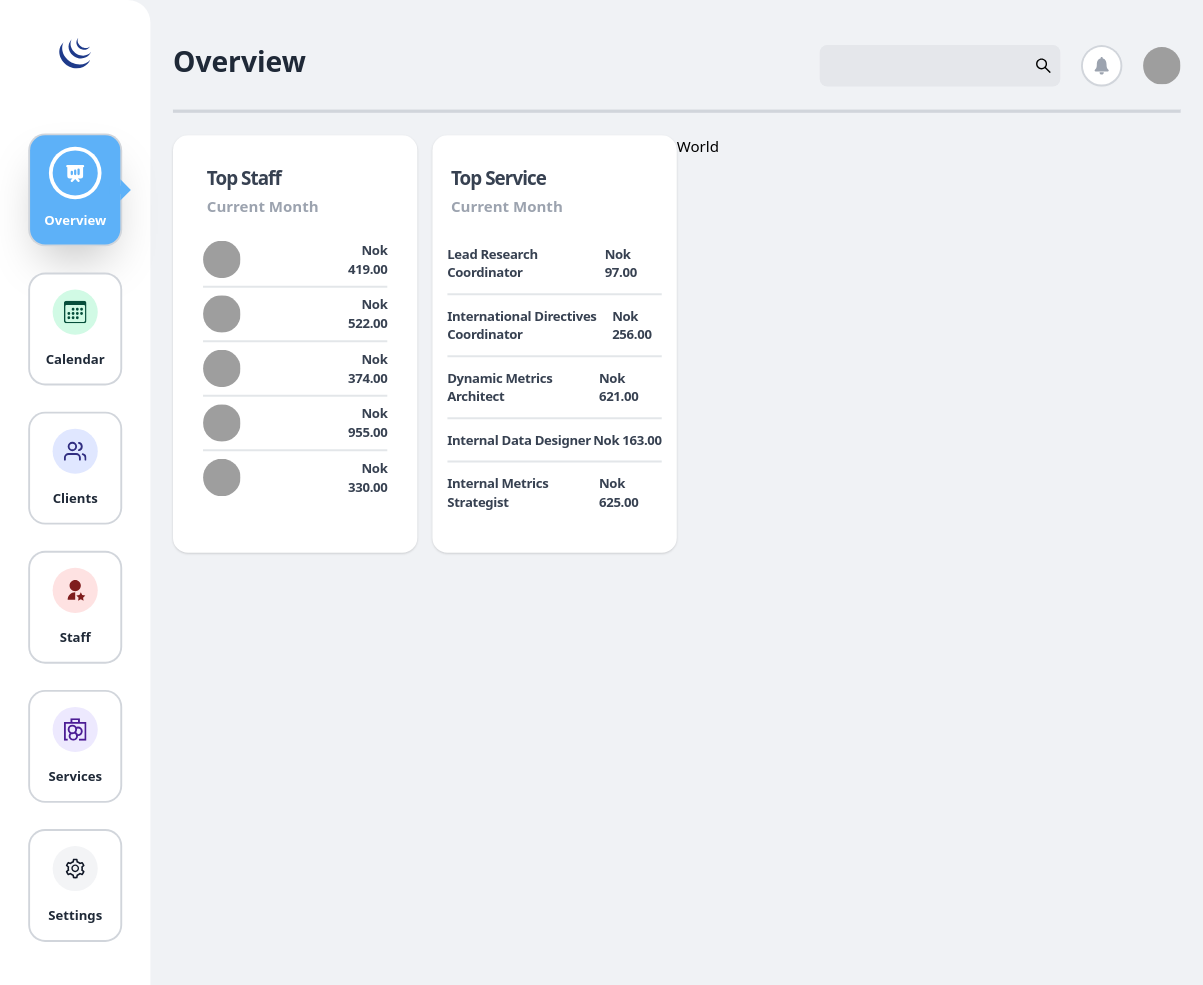
Repository: coolronts/dashboard
Page: /
The author's editor kept a copy of each file at every save. The page is drawn from the files as they stood at one save, then again after the next save.
The browser window is 1280 px wide. The pictures show the whole page, at 94% of full size.
Pictures or frames that could not be fetched are drawn as grey boxes. The project was rebuilt for these pictures with package versions that can differ from the ones it lists, and the page was loaded fresh each time. Also part of the build but not shown: craco.config.js.

Above is the page before, as saved 2021-11-28 02:50:42.

After the next save:
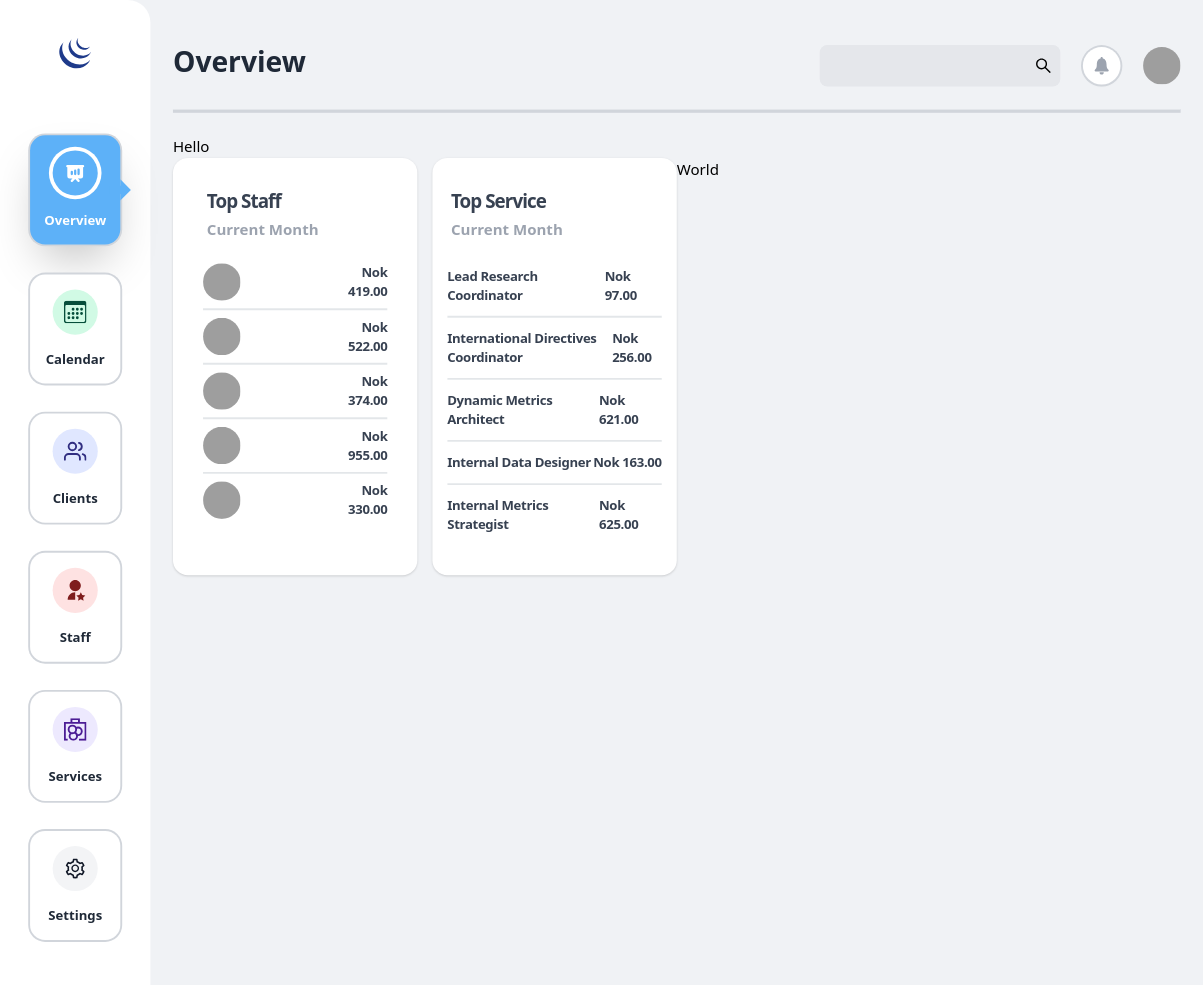
Saved 18 s later.
--- a/src/Pages/Home/index.tsx
+++ b/src/Pages/Home/index.tsx
@@ -17,6 +17,7 @@ const Home: React.FC = () => {
       <div className="flex-1 mx-6 mt-12">
         <SectionHeader />
         <hr className="bg-gray-300 h-1 my-6" />
+        <AppointmentActivity />
         <SplitScreen leftWeight="w-1/2" rightWeight="w-1/2" >
           <div className="w-full flex justify-between">
             <TopStaff />
